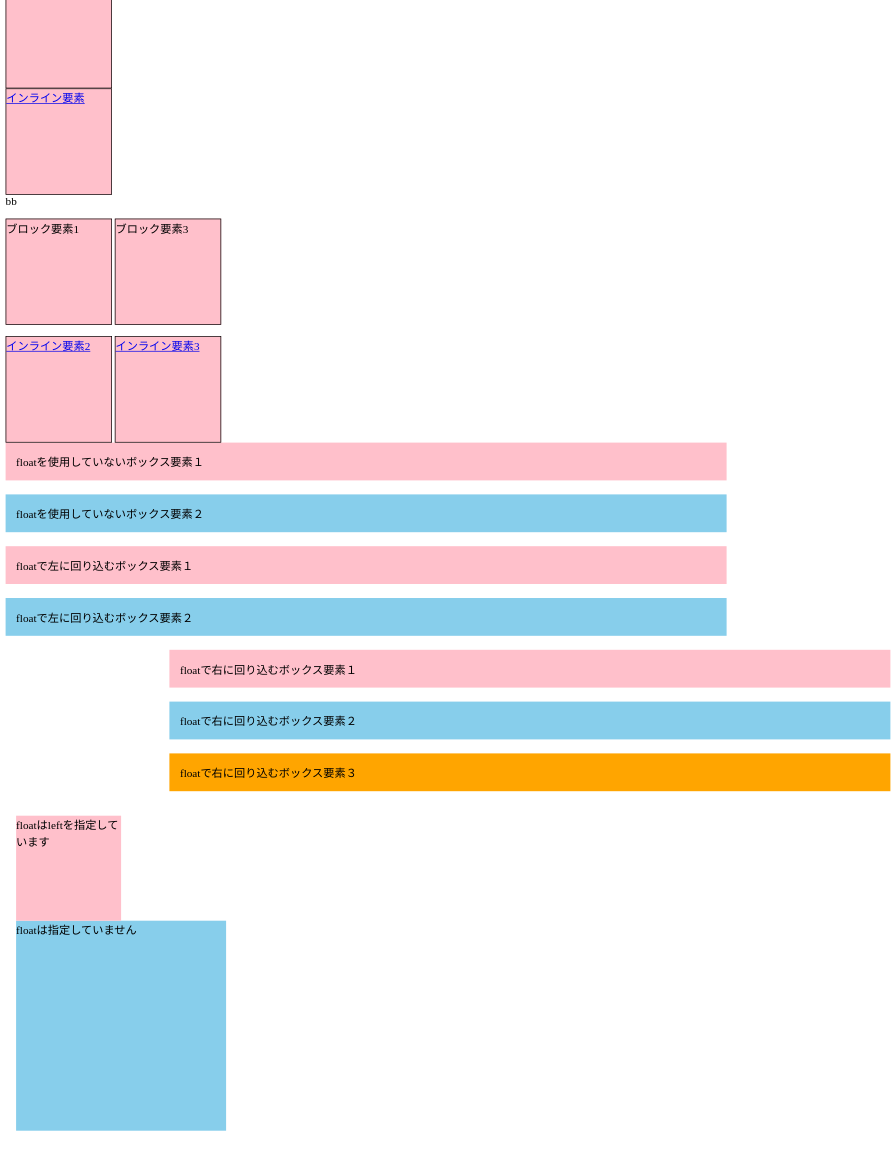
Repository: syokaturyou/potepan
Page: index4.html
The author's editor kept a record of every edit. The page is drawn from the files as they stood at one moment, then again after the next edit.
The browser window is 1280 px wide. The pictures show the part of the page from y = 746 to 2666 px (the page is 2396 px tall before and 2666 px after), at 70% of full size.

Above is the page before.

### index4.html
<!DOCTYPE html>
  <html>
   <head>
    <meta charset="utf-8">
    <title>Potepan</title>
    <link rel="stylesheet" href="test2.css">
  </head>
<body>

  <div>
      <p class="block_sample">ブロック要素</p>
      <p class="block_sample">ブロック要素</p>
      <p class="block_sample">ブロック要素</p>
    </div>

    <div>
      <a href="#" class="inline_sample">インライン要素</a>
      <a href="#" class="inline_sample">インライン要素</a>
      <a href="#" class="inline_sample">インライン要素</a>
    </div>


   <div>
      <p class="block_sampleB">ブロック要素</p>
      <p class="block_sampleB">ブロック要素</p>
      <p class="block_sampleB">ブロック要素</p>
    </div>

    <div>
      <a href="#" class="inline_sampleB">インライン要素</a>
      <a href="#" class="inline_sampleB">インライン要素</a>
      <a href="#" class="inline_sampleB">インライン要素</a>
    </div>
    bb
    <!-- <div>-->
    <!--  <p class="block_sampleC">ブロック要素1</p>-->
    <!--  <p class="block_sampleC">ブロック要素2</p>-->
    <!--  <p class="block_sampleC">ブロック要素3</p>-->
    <!--</div>-->

    <!--<div>-->
    <!--  <a href="#" class="inline_sampleC">インライン要素1</a>-->
    <!--  <a href="#" class="inline_sampleC">インライン要素2</a>-->
    <!--  <a href="#" class="inline_sampleC">インライン要素3</a>-->
    <!--</div>-->

    <div>
      <p class="block_sampleC">ブロック要素1</p>
      <p class="block_sampleC hide">ブロック要素2</p> <!-- hideクラスを追加 -->
      <p class="block_sampleC">ブロック要素3</p>
    </div>

    <div>
      <a href="#" class="inline_sampleC hide">インライン要素1</a> <!-- hideクラスを追加 -->
      <a href="#" class="inline_sampleC">インライン要素2</a>
      <a href="#" class="inline_sampleC">インライン要素3</a>
    </div>

      <!-- floatを指定しない -->
    <div>
      <div class="box no_float1">floatを使用していないボックス要素１</div>
      <div class="box no_float2">floatを使用していないボックス要素２</div>
    </div>

    <!-- floatで左に回り込ませる -->
    <div>
      <div class="box left1">floatで左に回り込むボックス要素１</div>
      <div class="box left2">floatで左に回り込むボックス要素２</div>
    </div>
    <div class="clear"></div>

    <!-- floatで右に回り込ませる -->
    <div>
      <div class="box right1">floatで右に回り込むボックス要素１</div>
      <div class="box right2">floatで右に回り込むボックス要素２</div>
      <div class="box right3">floatで右に回り込むボックス要素３</div>
    </div>
    <div class="clear"></div>

    <!--<div class="box">-->
    <!--  <div class="left_a">floatはleftを指定しています</div>-->
    <!--  <div class="left_b">floatはleftを指定しています</div>-->
    <!--</div>-->

    <div class="box">
      <div class="left_a">floatはleftを指定しています</div>
       <div class="clear">
      <div class="left_c">floatは指定していません</div>
    </div>

</body>
</html>

### test2.css
.block_sample {
      background-color: pink;
      border: 1px solid black;
      width: 150px;
      height: 150px;
    }

    .inline_sample {
      background-color: pink;
      border: 1px solid black;
      width: 150px;
      height: 150px;
    }

    .block_sampleB {
      display: inline;
      background-color: pink;
      border: 1px solid black;
      width: 150px;
      height: 150px;
    }

    .inline_sampleB {
      display: block;
      background-color: pink;
      border: 1px solid black;
      width: 150px;
      height: 150px;
    }

     .block_sampleC {
      display: inline-block; /* ブロック要素をインラインブロック要素に変更 */
      background-color: pink;
      border: 1px solid black;
      width: 150px;
      height: 150px;
    }

    .inline_sampleC {
      display: inline-block; /* インライン要素をインラインブロック要素に変更 */
      background-color: pink;
      border: 1px solid black;
      width: 150px;
      height: 150px;
    }


    .hide {
      display: none; /* 非表示にするプロパティ値を指定 */
    }


    .box {
      width: 1000px;
      padding: 15px;
      /*border: 1px solid black;*/
      margin-bottom: 20px;
    }



    .no_float1 {
      background-color: pink;
    }

    .no_float2 {
      background-color: skyblue;
    }

    .left1 {
      background-color: pink;
      float: left;
    }

    .left2 {
      background-color: skyblue;
      float: left;
    }

    .right1 {
      background-color: pink;
      float: right;
    }

    .right2 {
      background-color: skyblue;
      float: right;
    }

    .right3 {
      background-color: orange;
      float: right;
    }

    .clear {
      clear: both;
    }

       .left_a {
      background-color: pink;
      width: 150px;
      height: 150px;
      float: left;
    }

    .left_b {
      background-color: skyblue;
      width: 300px;
      height: 300px;
      float: left;
    }

      /* floatを指定しないクラスに変更 */
    .left_c {
      background-color: skyblue;
      width: 300px;
      height: 300px;
    }

    .clear {
      clear: both;
      /* bothで両方からの回り込みを解除する 他にleftで左、rightで右からの回り込みを解除できる*/
    }

    .oya {
      display: flex;
      margin-bottom: 20px;
    }

    .ko_a {
      background-color: pink;
      padding: 15px;
    }

    .ko_b {
      background-color: skyblue;
      padding: 15px;
    }

    .ko_c {
      background-color: orange;
      padding: 15px;
    }


     .oya_b {
      display: flex;
      margin-bottom: 20px;
      width: 600px;
    }

    .ko_d {
      background-color: pink;
      padding: 15px;
    }

    .ko_e {
      background-color: skyblue;
      padding: 15px;
    }

    .ko_f {
      background-color: orange;
      padding: 15px;
    }

    .ko_g {
      background-color: pink;
      flex: auto;
      padding: 15px;
    }

    .ko_h {
      background-color: skyblue;
      flex: auto;
      padding: 15px;
    }

    .ko_i {
      background-color: orange;
      flex: auto;
      padding: 15px;
    }

    .ko_j {
      background-color: pink;
      flex: 1;
      padding: 15px;
    }

    .ko_k {
      background-color: skyblue;
      flex: 3;
      padding: 15px;
    }

    .ko_l {
      background-color: orange;
      flex: 2;
      padding: 15px;
    }

After the next edit:
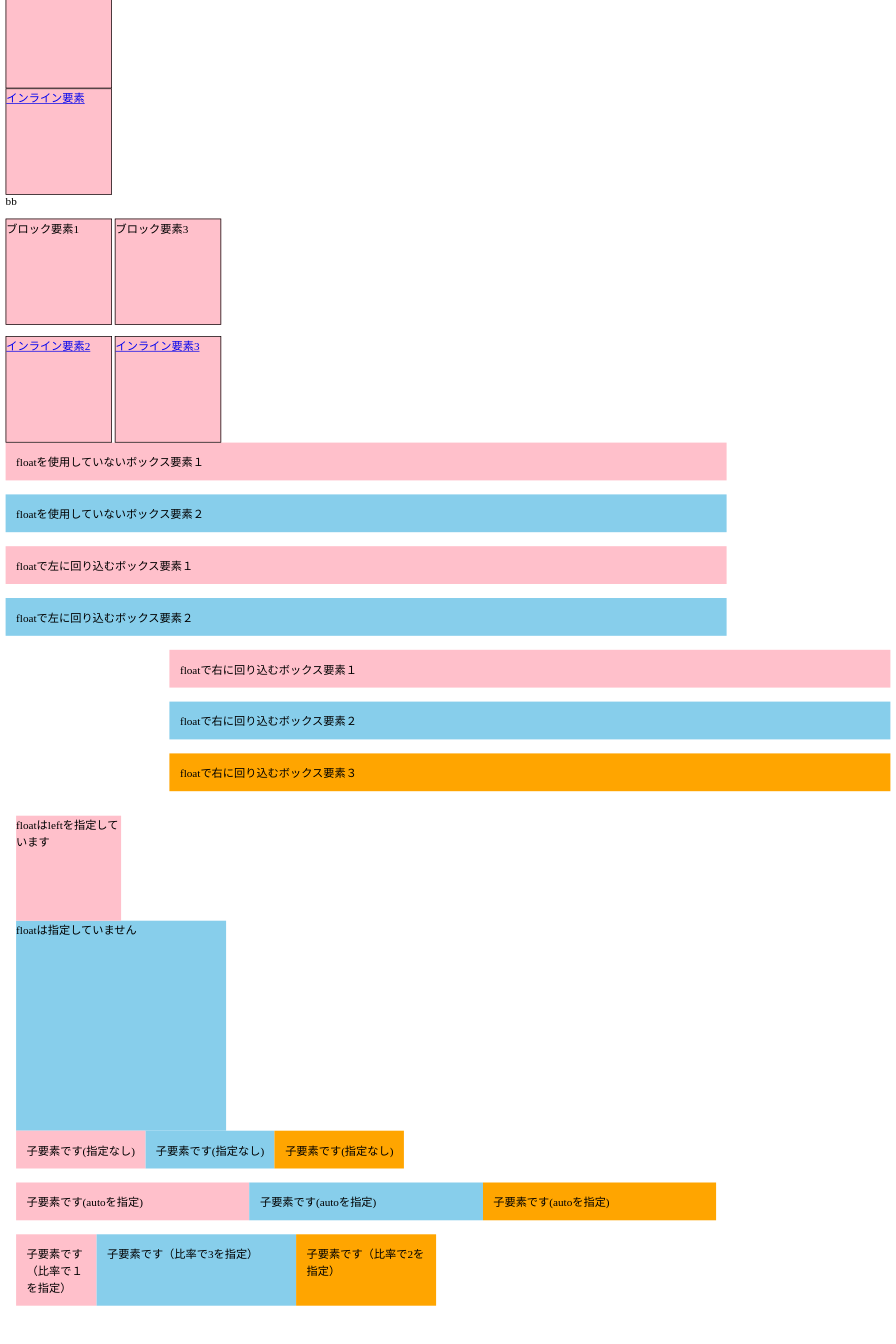
The edit:
--- a/index4.html
+++ b/index4.html
@@ -88,5 +88,31 @@
       <div class="left_c">floatは指定していません</div>
     </div>
 
+    <!--<div class="oya">  <!-- 親要素 -->
+    <!--  <div class="ko_a">子要素です</div>-->
+    <!--  <div class="ko_b">子要素です</div>-->
+    <!--  <div class="ko_c">子要素です</div>-->
+    <!--<div>-->
+
+    <!--  <br>-->
+
+      <div class="oya">
+      <div class="ko_d">子要素です(指定なし)</div>
+      <div class="ko_e">子要素です(指定なし)</div>
+      <div class="ko_f">子要素です(指定なし)</div>
+    </div>
+
+    <div class="oya">
+      <div class="ko_g">子要素です(autoを指定)</div>
+      <div class="ko_h">子要素です(autoを指定)</div>
+      <div class="ko_i">子要素です(autoを指定)</div>
+    </div>
+
+    <div class="oya_b">
+      <div class="ko_j">子要素です（比率で１を指定）</div>
+      <div class="ko_k">子要素です（比率で3を指定）</div>
+      <div class="ko_l">子要素です（比率で2を指定）</div>
+    </div>
+
 </body>
 </html>
